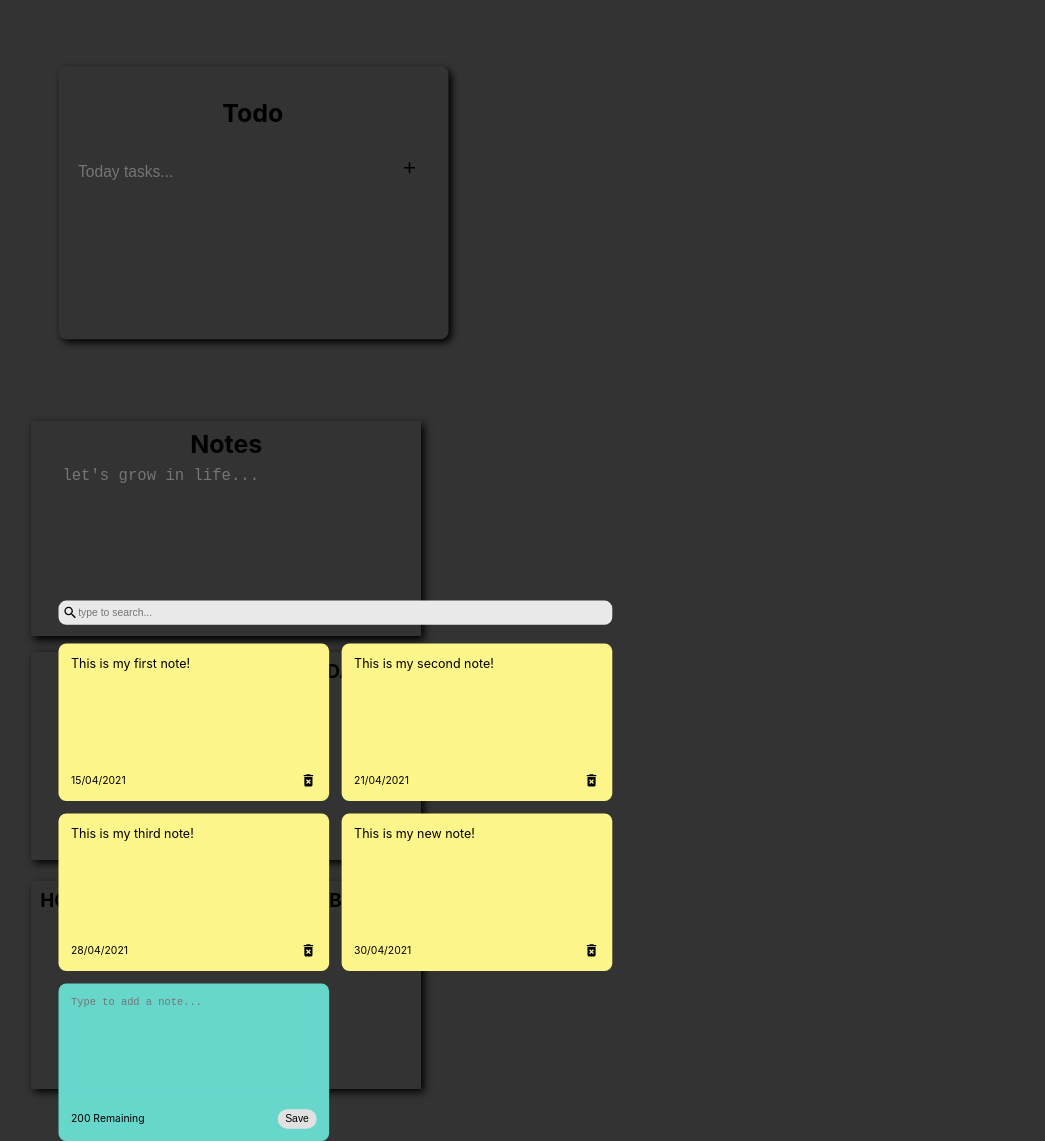
Repository: subhamRsahoo/note
Page: /
The author's editor kept a copy of each file at every save. The page is drawn from the files as they stood at one save, then again after the next save.
The browser window is 1280 px wide. The page is 1340 px wide, then 1320 px, so the pictures cover 1340 px, including what lies to the right of the window. The pictures show the whole page, at 78% of full size.
The project was rebuilt for these pictures with package versions that can differ from the ones it lists, and the page was loaded fresh each time.

Above is the page before, as saved 2021-07-15 17:38:07.

After the next save:
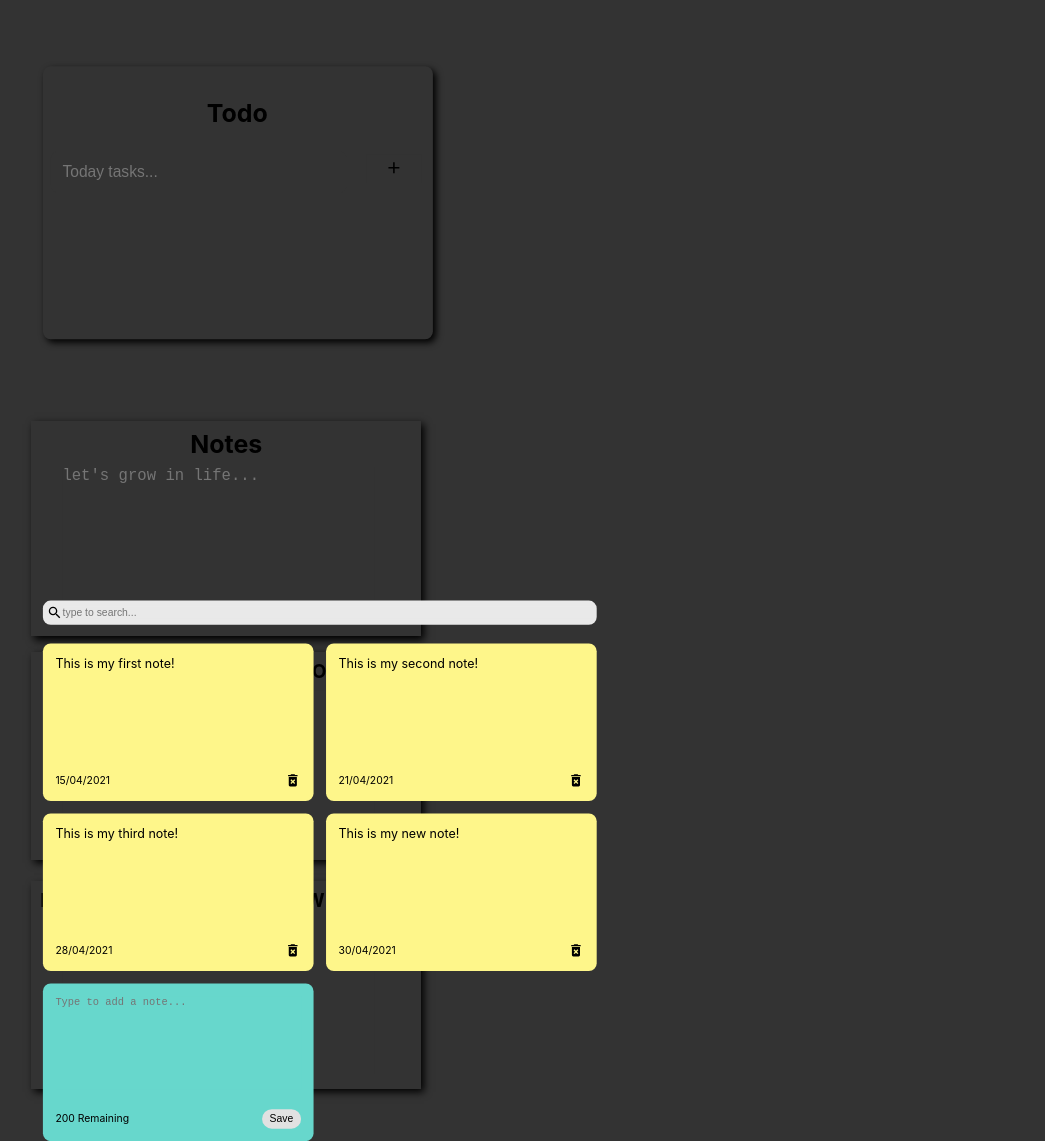
Saved 34 s later.
--- a/src/components/App.css
+++ b/src/components/App.css
@@ -40,7 +40,7 @@ code {
   display: grid;
   justify-content: left;
   /* margin-left: 40px; */
-  right: 540px;
+  right: 560px;
   align-items: center;
   position: relative;
   box-sizing: border-box;
